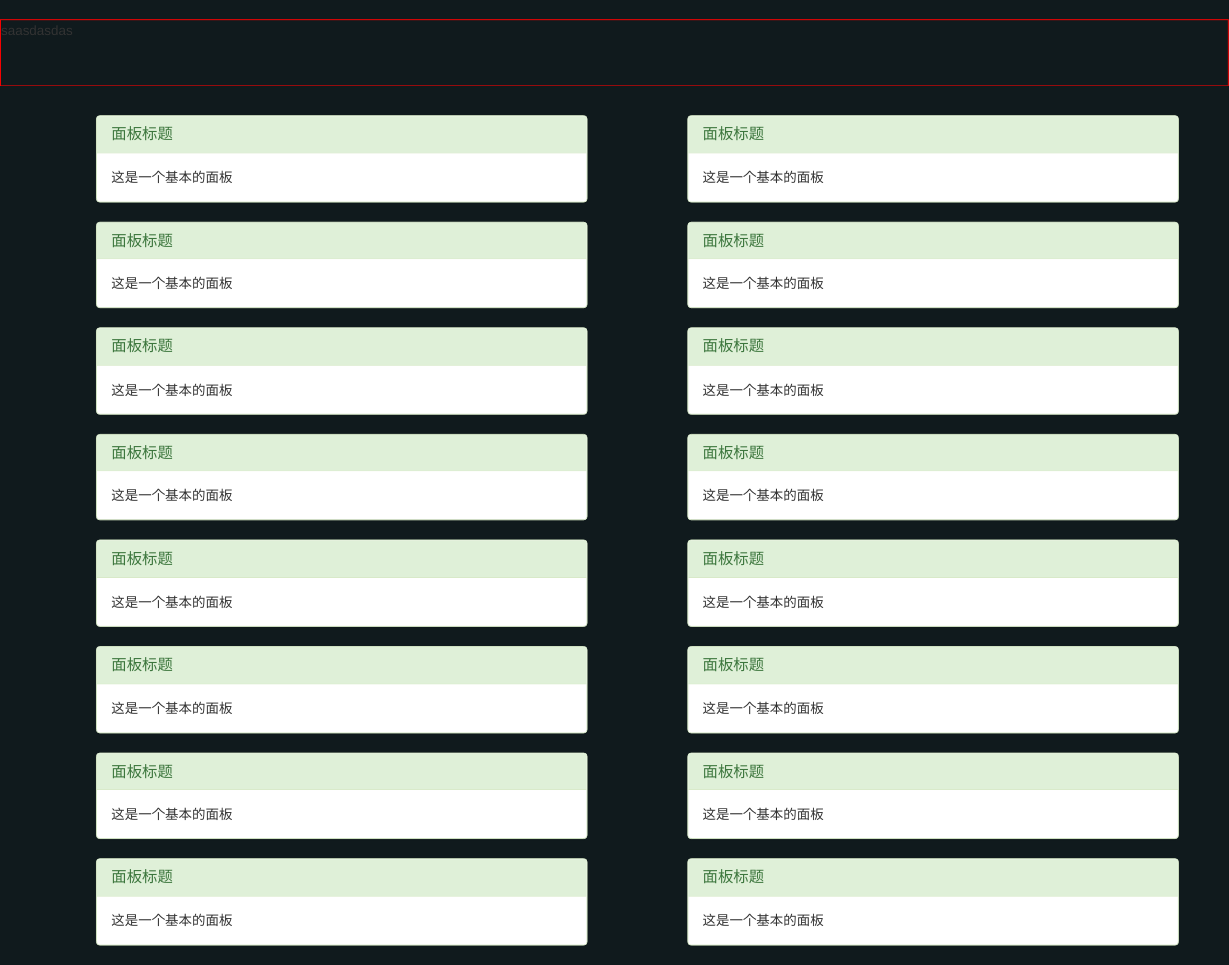
Repository: Tuzijing/Battlefield
Page: http://localhost/static/views/fram/fram.php
The author's editor kept a copy of each file at every save. The page is drawn from the files as they stood at one save, then again after the next save.
The browser window is 1280 px wide. The pictures show the whole page, at 96% of full size.
The page is run by PHP 8.4 with error messages shown; the project is at /var/www/html/.

Above is the page before, as saved 2018-07-13 18:06:02.

After the next save:
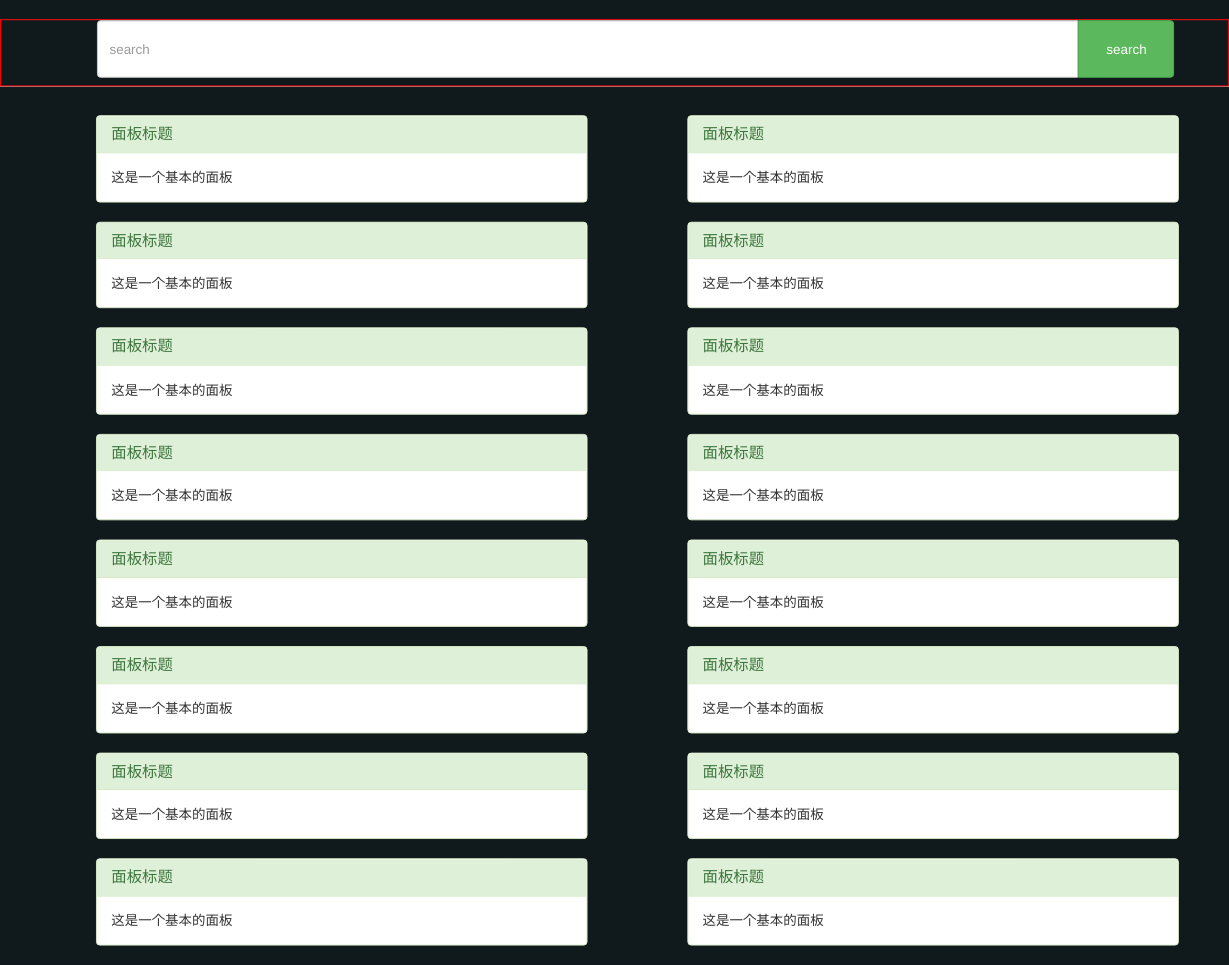
Saved 10 s later.
--- a/BattlefieldWebP/static/views/fram/fram.php
+++ b/BattlefieldWebP/static/views/fram/fram.php
@@ -22,7 +22,10 @@
 			<!-- 搜索框 -->
 			<div id="fram_search">
 				<div id="mask">
-				saasdasdas
+					<div class="input-group">
+						<input type="text" class="form-control" placeholder="search">
+						<button type="button" class="btn btn-success">search</button>
+					</div>
 				</div>
 			</div>
 			<div id="fram_categorys">
